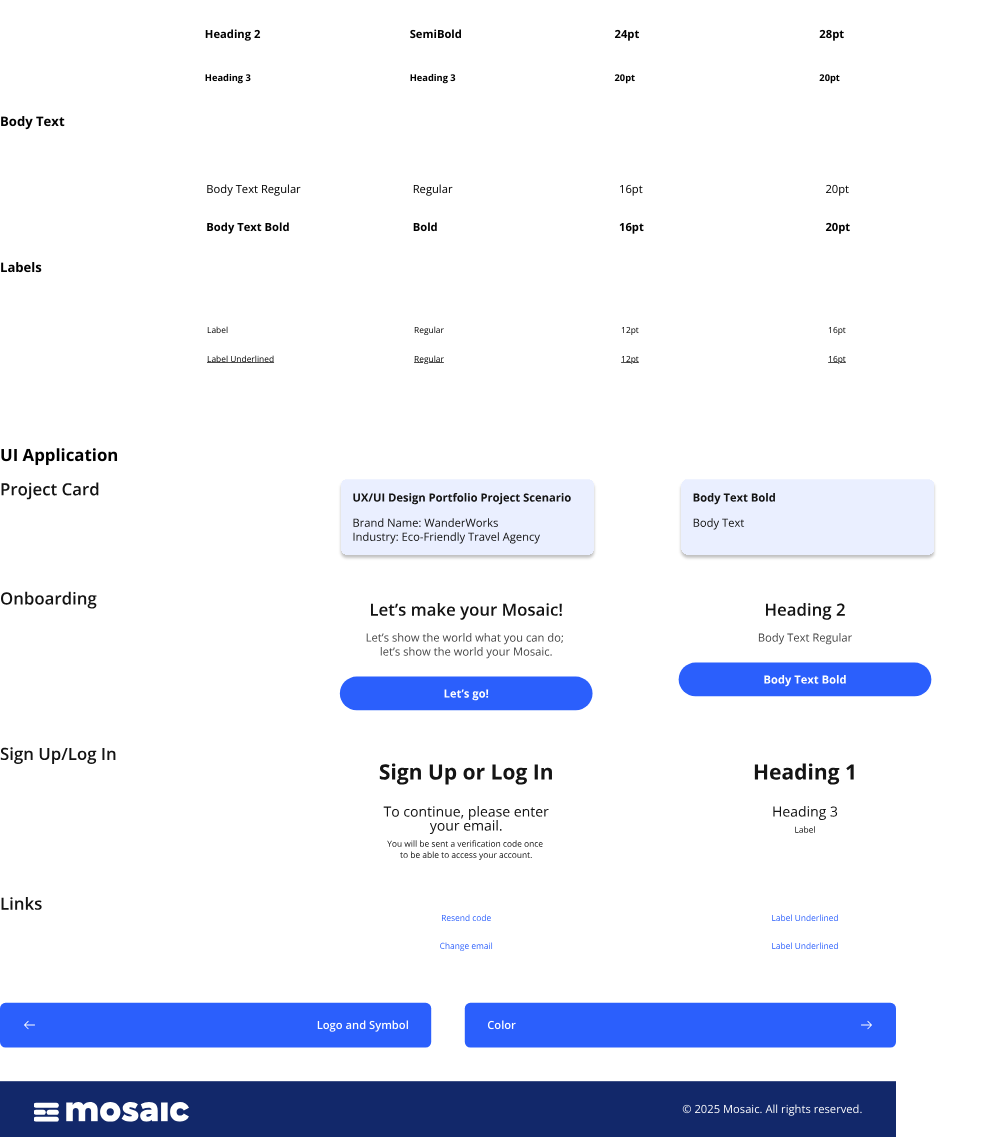
Repository: brunaguarizo/MDIA2109_Mosaic
Page: type.html
These files come from the project's save history. The page is drawn as it stood at one moment and after the next save; the edit follows.
The browser window is 1280 px wide. The page is 1416 px wide, so the pictures cover 1416 px, including what lies to the right of the window. The pictures show the part of the page from y = 2102 to 3822 px (the page is 3726 px tall before and 3822 px after), at 70% of full size.
Some web fonts or font styles are not loaded; a fallback is used.

Above is the page before, as saved 2025-04-07 19:30:25.

### type.html
<!DOCTYPE html>
<html lang="en">
<head>
    <meta charset="UTF-8">
    <meta name="viewport" content="width=device-width, initial-scale=1.0">
    <title>Mosaic - Styleguide</title>

    <link rel="stylesheet" href="CSS/styles.css">
    <link rel="stylesheet" href="CSS/variables.css">
    <link rel="stylesheet" href="CSS/type.css">
    <link rel="stylesheet" href="CSS/index.css">

    <link rel="icon" href="img/mosaic-favicon.svg" type="image/svg+xml">

    <link rel="preconnect" href="https://fonts.googleapis.com">
    <link rel="preconnect" href="https://fonts.gstatic.com" crossorigin>
    <link href="https://fonts.googleapis.com/css2?family=Archivo+Black&family=Boldonse&family=Changa+One:ital@0;1&family=Erica+One&family=Open+Sans:ital,wght@0,300..800;1,300..800&display=swap" rel="stylesheet">

</head>
<body>
    <div class="nav-bar">

        <a href="index.html">
            <img class="logo" src="img/Logo-Horizontal.svg" alt="Mosaic - Horizontal Logo - Negative" />
        </a>

        <div class="menu">
            <a class="menu-item menu-text" href="index.html">Overview</a>
            <a class="menu-item menu-text" href="logo.html">Logo and Symbol</a>
            <a class="menu-item menu-text" href="type.html">Typography</a>
            <a class="menu-item menu-text" href="color.html">Color</a>
            <a class="menu-item menu-text" href="icon.html">Iconography</a>
            <a class="menu-item menu-text" href="image.html">Imagery</a>
            <a class="menu-item menu-text" href="graphics.html">Graphics</a>
            <a class="menu-item menu-text" href="references.html">References</a>
        </div>
    </div>

    <header class="banner-hero">
        <h2 class="title-section">Typography</h2>
        <div class="image-hero">
            <img src="img/Typography/Banner-cover.svg" alt="Mosaic - Graphic">
        </div>
        <div class="text">
            <p class="body-text">Mosaic uses the sans-serif font, namely Open Sans. The font was downloaded from Google Fonts, therefore it was free of charge and provides good performance on digital platforms. It is a sans-serif font which supports a clean design and readable text.</p>
        </div>
    </header>

    <main class="container">

        <section class="content-block">
            <h2>Open Sans</h2>
            <div class="content-block__subsection">
                <h3>Readability</h3>
                <p class="text body-text">Open Sans is designed to be easy to read for all types of users, therefore supporting accessibility throughout the app. It allows users to clearly understand the information that is provided throughout each screen in Mosaic. As the purpose of the app is to provide support for users throughout their project creation, it is essential to easily understand the content on the page without straining users' vision.</p>
            </div>
            <div class="content-block__subsection">
                <h3>Clean Design</h3>
                <p class="text body-text">Open Sans supports the idea of “simple and efficient” design. As Mosaic is designed for professionals and students, it is essential to provide a user-friendly, uncluttered interface for information.</p>
            </div>
            <div class="content-block__subsection">
                <h3>Supports Multiple Languages</h3>
                <p class="text body-text">Mosaic will expand in the future and be used by people all over the world. Providing characters and glyphs that can easily be converted into any language the user understands supports in creating an overall better user experience for Mosaic users.</p>
            </div>
        </section>

        <section class="Typography-Content">
            <!-- HEADINGS -->
            <div class="Typography-Content__Styling">
                <div class="Type-Name">
                    <h3>Headings</h3>
                </div>

                <div class="Type-Header__Title">
                    <h3>Title</h3>
                    <h3 class="Heading-1_family">Heading 1</h3>
                    <h4 class="Heading-2_family">Heading 2</h4>
                    <h5 class="Heading-3_family">Heading 3</h5>
                </div>
                <div class="Type-Header__Weight">
                    <h3>Weight</h3>
                    <h3 class="Heading-1_family">Bold</h3>
                    <h4 class="Heading-2_family">SemiBold</h4>
                    <h5 class="Heading-3_family">Heading 3</h5>
                </div>
                <div class="Type-Header__Size">
                    <h3>Size</h3>
                    <h3 class="Heading-1_family">30pt</h3>
                    <h4 class="Heading-2_family">24pt</h4>
                    <h5 class="Heading-3_family">20pt</h5>
                </div>
                <div class="Type-Header__Spacing">
                    <h3>Line Spacing</h3>
                    <h3 class="Heading-1_family">34pt</h3>
                    <h4 class="Heading-2_family">28pt</h4>
                    <h5 class="Heading-3_family">20pt</h5>
                </div>
            </div>
            <!-- BODY TEXT -->
            <div class="Typography-Content__Styling">
                <div class="Type-Name">
                    <h3>Body Text</h3>
                </div>

                <div class="Type-Header__Title">
                    <p class="Body-Regular_family">Body Text Regular</p>
                    <p class="Body-Bold_family">Body Text Bold</p>
                </div>
                <div class="Type-Header__Weight">
                    <h3 class="Body-Regular_family">Regular</h3>
                    <h3 class="Body-Bold_family">Bold</h3>
                </div>
                <div class="Type-Header__Size">
                    <h3 class="Body-Regular_family">16pt</h3>
                    <h3 class="Body-Bold_family">16pt</h3>
                </div>
                <div class="Type-Header__Spacing">
                    <h3 class="Body-Regular_family">20pt</h3>
                    <h3 class="Body-Bold_family">20pt</h3>
                </div>
            </div>
            <!-- Labels -->
            <div class="Typography-Content__Styling">
                <div class="Type-Name">
                    <h3>Labels</h3>
                </div>

                <div class="Type-Header__Title">
                    <p class="label_family">Label</p>
                    <p class="label_Underlined_family">Label Underlined</p>
                </div>
                <div class="Type-Header__Weight">
                    <p class="label_family">Regular</p>
                    <p class="label_Underlined_family">Regular</p>
                </div>
                <div class="Type-Header__Size">
                    <p class="label_family">12pt</p>
                    <p class="label_Underlined_family">12pt</p>
                </div>
                <div class="Type-Header__Spacing">
                    <p class="label_family">16pt</p>
                    <p class="label_Underlined_family">16pt</p>
                </div>
            </div>
        </section>

        <!-- UI Application -->
        <section class="content-block">
            <h2>UI Application</h2>
            <img src="img/Typography/ui-applications.svg" alt="Project Card">
        </section>
    </main>

    <div class="button-row">
        <a class="button-content" href="logo.html">
            <img src="img/arrow-left.svg" alt="Arrow left">
            <p class="button">Logo and Symbol</p>
        </a>
        <a class="button-content" href="color.html">
            <p class="button">Color</p>
            <img src="img/arrow-right.svg" alt="Arrow Right">
        </a>
    </div>

    <footer class="footer">
        <div class="two-column">
            <a href="index.html">
                <img class="logo" src="img/Logo-Horizontal.svg" alt="Mosaic - Horizontal Logo - Negative" />
            </a>
            <p class="footer-text">© 2025 Mosaic. All rights reserved.</p>
        </div>
    </footer>

</body>
</html>

### CSS/styles.css
/* ------------------------------------------------------ GENERAL STYLES ------------------------------------------------------ */
html, body {
    width: 100%;
    margin: 0;
    padding: 0;
    font-family: var(--font-family);
    box-sizing: border-box;
    height: 100%;
}

*, *::before, *::after {
    box-sizing: inherit;
}

html {
    display: flex;
    flex-direction: column;
    align-items: center;
    gap: var(--space-extra-large);
}

.container {
    display: grid;
    grid-template-columns: 1fr;
    gap: var(--space-large);
    margin: var(--space-large) auto var(--space-large) auto;
    max-width: 1512px;
    width: 100%;
}

.two-column {
    display: grid;
    grid-template-columns: 1fr 1fr;
    gap: var(--space-large);
    width: 100%;
}

.three-column {
    display: grid;
    grid-template-columns: 1fr 1fr 1fr;
    gap: var(--space-large);
}


.header-xxlarge {
    color: var(--black);
    font-size: var(--header-xxlarge-size);
    font-weight: var(--font-weight-700);
    line-height: var(--line-height-xxlarge);
    margin-bottom: var(--space-medium);
}

.title-section {
    color: var(--black);
    font-size: var(--title-section-font-size);
    font-weight: var(--font-weight-600);
    line-height: var(--line-height-large);
    margin-bottom: var(--space-regular);
    text-decoration: none;
}

.body-text {
    color: var(--black);
    font-size: var(--body-text-font-size);
    font-weight: var(--font-weight-400);
    line-height: var(--line-height-medium);
    margin-top: 0;
}

.menu-text {
    color: var(--white);
    font-size: var(--menu-font-size);
    font-weight: var(--font-weight-400);
    line-height: var(--line-height-small);
    text-decoration: none;
}

.menu-text-hover {
    font-weight: var(--menu-text-hover-font-weight);
}

.label {
    color: var(--black);
    font-size: var(--label-font-size);
    font-weight: var(--font-weight-400);
    line-height: var(--line-height-small);
}

.button {
    color: var(--white);
    text-align: center;
    font-size: var(--button-font-size);
    font-weight: var(--font-weight-600);
    line-height: var(--line-height-medium);
    text-decoration: none;
}

/* ----- NAV BAR ----- */
.nav-bar {
    display: flex;
    width: 100%;
    height: 80px;
    padding: 0 var(--space-large);
    justify-content: space-between;
    align-items: center;
    background-color: var(--blue-primary);
    position: fixed;
    top: 0;
    left: 0;
    right: 0;
    z-index: 1000;
}

.menu {
    display: flex;
    align-items: center;
    gap: var(--space-large);
}

/* ----- BUTTONS ----- */
.button-row {
    display: grid;
    grid-template-columns: repeat(2, 1fr);
    gap: var(--space-large);
    margin: var(--space-large) auto;
    width: 100%;
}

.button-content {
    width: 100%;
    max-width: none;
    height: var(--space-large);
    gap: 48px;
    border-radius: 8px;
    display: flex;
    justify-content: space-between;
    align-items: center;
    padding: var(--space-medium);
    background-color: var(--blue-primary);
    border: none;
    box-sizing: border-box;
    margin: 0;
    transition: all 0.3s ease;
    text-decoration: none;
}

.button-content:hover {
    background-color: var(--blue-900);
    transform: scale(1.1);
}

.button-content img {
    width: 20px;
    height: 20px;
}

.button-content p {
    color: var(--white);
    font-size: var(--menu-font-size);
}

/* ----- FOOTER ----- */
.footer {
    display: flex;
    width: 100%;
    height: 80px;
    padding: 0 var(--space-large);
    justify-content: space-between;
    align-items: center;
    background-color: var(--blue-900);
}

.footer .two-column {
    display: flex;
    justify-content: space-between;
    width: 100%;
    align-items: center;
}

.footer-text {
    color: var(--white);
    text-align: right;
    margin-left: auto;
}

### CSS/variables.css
/* ------------------------------------------------------ VARIABLES ------------------------------------------------------ */
:root {
    /* ----- COLORS ----- */
    --blue-primary: rgb(43,95,252);
    --blue-50: rgb(234, 239, 255);
    --blue-900: rgb(18, 40, 106);
    --white: #FFFFFF;
    --black: rgb(20, 20, 20);
    --grey-400: rgb(67, 67, 67);
    --yellow-secondary: rgb(255, 218, 1);
    --orange-secondary: rgb(255, 94, 9);
    --green-secondary: rgb(0, 193, 79);
    --purple-secondary: rgb(154, 65, 255);

    /* ----- TYPE ----- */
    --font-family: "Open Sans", sans-serif;
    --header-xxlarge-size: 88px;
    --title-section-font-size: 30px;
    --button-font-size: 24px;
    --body-text-font-size: 20px;
    --menu-font-size: 16px;
    --label-font-size: 16px;
    --font-style-normal: normal;
    --font-weight-700: 700;
    --font-weight-600: 600;
    --font-weight-400: 400;
    --menu-text-hover-font-weight: 700;
    --line-height-xxlarge: 100px;
    --line-height-large: 36px;
    --line-height-medium: 28px;
    --line-height-small: 20px;

    /* ----- SPACING ----- */
    --space-small: 8px;
    --space-regular: 16px;
    --space-medium: 32px;
    --space-large: 48px;
    --space-extra-large: 140px;
}

### CSS/type.css
/* ----- BANNER HERO ----- */
.banner-hero {
    display: flex;
    width: 100%;
    max-width: 1512px;
    height: fit-content;
    padding: var(--space-large);
    flex-direction: column;
    align-items: flex-start;
    background: var(--blue-50);
    margin: 0 auto;
    overflow: hidden;
    padding-top: var(--space-extra-large);
}

.image-hero {
    display: flex;
    flex-direction: row;
    align-items: center;
    margin: 0;
}

.text {
    max-width: 686px;
    margin-top: var(--space-large);
}

/* TYPE STYLES BREAKDOWN */


.Typography-Content, .content-block, .UI-Application{
    display: flex;
    width: 100%;
    max-width: 1512px;
    height: fit-content;
    flex-direction: column;
    align-items: flex-start;
    margin: 0 auto;
    padding-top: var(--space-medium);
}

.Typography-Content__Styling{
    display: grid;
    grid-template-columns: 1fr 1fr 1fr 1fr;
    grid-template-rows: 100px 1fr  ;
    column-gap: 200px;
}

.Typography-Content__Styling:nth-child(2){
  column-gap: 160px;

}

.Type-Header__Title:nth-child(2){
    display: flex;
    justify-content: left;
}

.Type-Name{
    grid-column: 1/5;
    grid-row: 1/2;
    display: flex;
    flex-direction: column;
    justify-content: left;
}

.Type-Header__Title{
    grid-column: 2/3;
    grid-row: 2/3;
    display: flex;
    flex-direction: column;
    justify-content: left;
}

.Type-Header__Weight{
    grid-column: 3/4;
    grid-row: 2/3;
    display: flex;
    flex-direction: column;
    justify-content: left;
}

.Type-Header__Size{
    grid-column: 4/5;
    grid-row: 2/3;
    display: flex;
    flex-direction: column;
    justify-content: left;
}

.Type-Header__Spacing{
    grid-column: 5/6;
    grid-row: 2/3;
    display: flex;
    flex-direction: column;
    justify-content: left;
}

.UI-Block{
    display: grid;
    grid-template-columns: 1fr 1fr 1fr;
    column-gap: 200px;
    align-items: start;
    margin-bottom: 32px;
}

.UI-Application-Header {
    grid-column: 1/4;
    grid-row: 1/2;
}


.UI-Item {
    align-items:start;
}

.Component-Name{
    margin-right: 32px;
    display: grid;
    grid-template-columns: 1fr;
    align-items: start;
}

/* TYPOGRAPHY SETTING */

.Header-1_family{
    font-size: 30px;
    font-weight: 700;

}

.Header-2_family{
    font-size: 24px;
    font-weight: 600;
}

.Header-3_family{
    font-size: 20px;
    font-weight: 500;
}

.Body-Regular_family{
    font-weight: normal;
    font-size: 16px;
}
.Body-Bold_family{
    font-weight: bold;
    font-size: 16px;
}
.label_family{
    font-size: 12px;
    font-weight: normal;
}
.label_Underlined_family{
    font-size: 12px;
    font-weight: normal;
    text-decoration: underline;
}
 /* BOTTOM NAVIGATION */

### CSS/index.css
/* ----- HEADER ----- */
.two-column > div:first-child {
    display: flex;
    flex-direction: column;
    justify-content: flex-start;
}

.two-column > div:last-child {
    display: flex;
    align-items: center;
    justify-content: flex-end;
}

.header-content {
    display: flex;
    flex-direction: column;
    justify-content: center;
    max-width: 690px;
    margin-top: var(--space-large);
}

.img-graphic {
    width: 100%;
    height: auto;
    margin-top: 100px;
    margin-left: 48px;
    margin-right: 48px;
}

/* ----- PAGE CARDS ----- */
.pages-cards {
    display: flex;
    flex-direction: column;
    align-items: start;
    text-align: start;
    grid-column: span 1;
}

.cards-row {
    display: grid;
    grid-template-columns: repeat(3, 1fr);
    gap: var(--space-large);
    width: 100%;
}

.card {
    display: flex;
    flex-direction: column;
    align-items: start;
    text-align: start;
    grid-column: span 1;
    border-radius: 8px;
    transition: outline 0.3s ease, transform 0.3s ease;
    text-decoration: none;
}

.card:hover .card-item {
    outline: 2px solid var(--blue-primary);
}

.card:hover {
    transform: scale(1.05);
}

.card-item {
    transition: outline 0.3s ease;
    border-radius: 8px;
}

.card-item:hover {
    outline: 2px solid var(--blue-primary);
}



/* ----- HEADER TEXT STYLES ----- */
.header-xxlarge {
    color: var(--black);
    font-size: var(--header-xxlarge-size);
    font-weight: var(--font-weight-700);
    line-height: var(--line-height-xxlarge);
    margin-bottom: var(--space-medium);
}

After the next save:
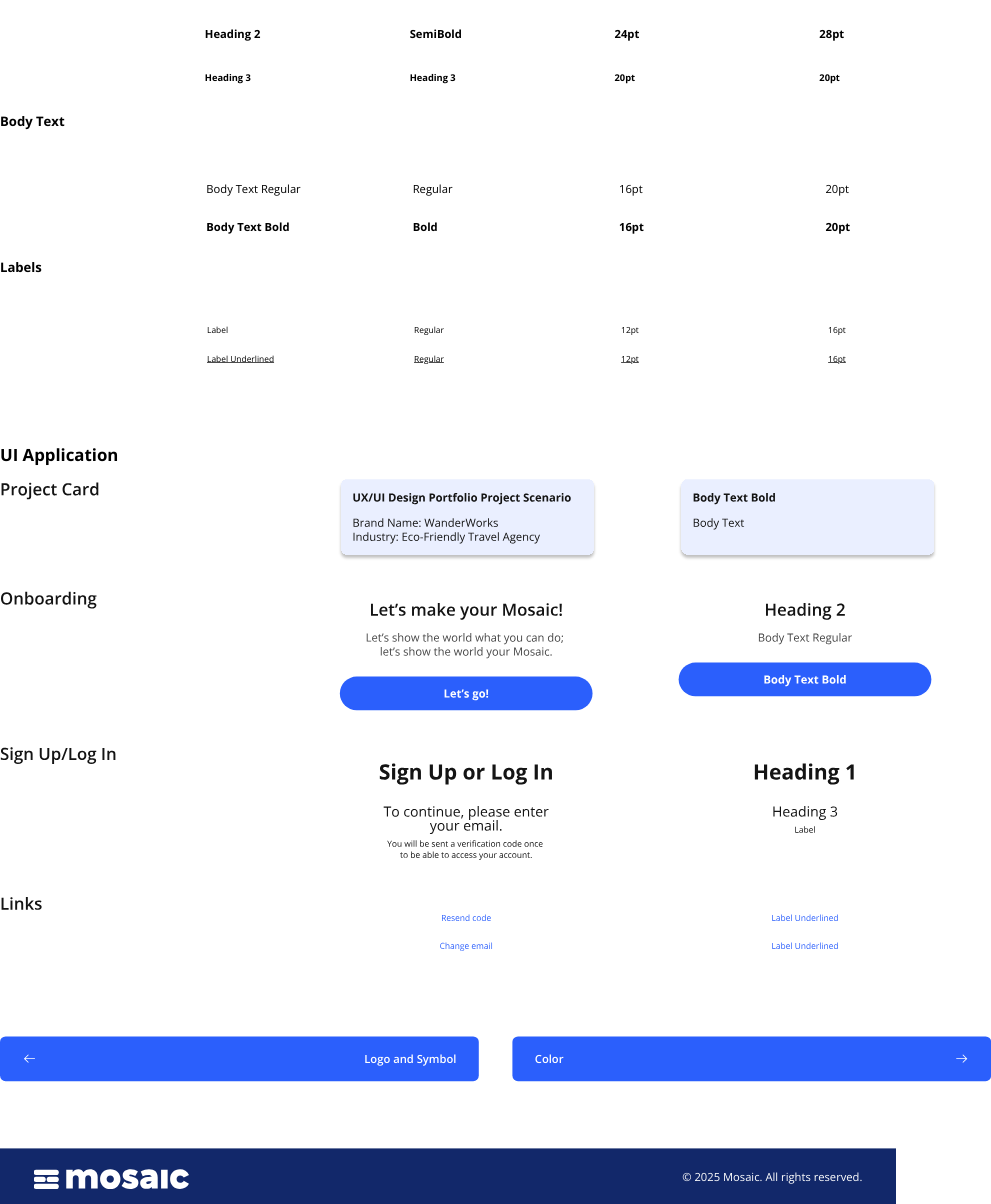
Saved 49 s later.
--- a/type.html
+++ b/type.html
@@ -65,7 +65,8 @@
         </section>
 
         <section class="Typography-Content">
-            <!-- HEADINGS -->
+
+<!-- HEADINGS -->
             <div class="Typography-Content__Styling">
                 <div class="Type-Name">
                     <h3>Headings</h3>
@@ -96,7 +97,8 @@
                     <h5 class="Heading-3_family">20pt</h5>
                 </div>
             </div>
-            <!-- BODY TEXT -->
+
+<!-- BODY TEXT -->
             <div class="Typography-Content__Styling">
                 <div class="Type-Name">
                     <h3>Body Text</h3>
@@ -119,7 +121,8 @@
                     <h3 class="Body-Bold_family">20pt</h3>
                 </div>
             </div>
-            <!-- Labels -->
+
+<!-- Labels -->
             <div class="Typography-Content__Styling">
                 <div class="Type-Name">
                     <h3>Labels</h3>
@@ -144,23 +147,26 @@
             </div>
         </section>
 
-        <!-- UI Application -->
+<!-- UI Application -->
         <section class="content-block">
             <h2>UI Application</h2>
             <img src="img/Typography/ui-applications.svg" alt="Project Card">
         </section>
+
+<!-- Buttons -->
+        <div class="button-row">
+            <a class="button-content" href="logo.html">
+                <img src="img/arrow-left.svg" alt="Arrow left">
+                <p class="button">Logo and Symbol</p>
+            </a>
+            <a class="button-content" href="color.html">
+                <p class="button">Color</p>
+                <img src="img/arrow-right.svg" alt="Arrow Right">
+            </a>
+        </div>
     </main>
 
-    <div class="button-row">
-        <a class="button-content" href="logo.html">
-            <img src="img/arrow-left.svg" alt="Arrow left">
-            <p class="button">Logo and Symbol</p>
-        </a>
-        <a class="button-content" href="color.html">
-            <p class="button">Color</p>
-            <img src="img/arrow-right.svg" alt="Arrow Right">
-        </a>
-    </div>
+
 
     <footer class="footer">
         <div class="two-column">
